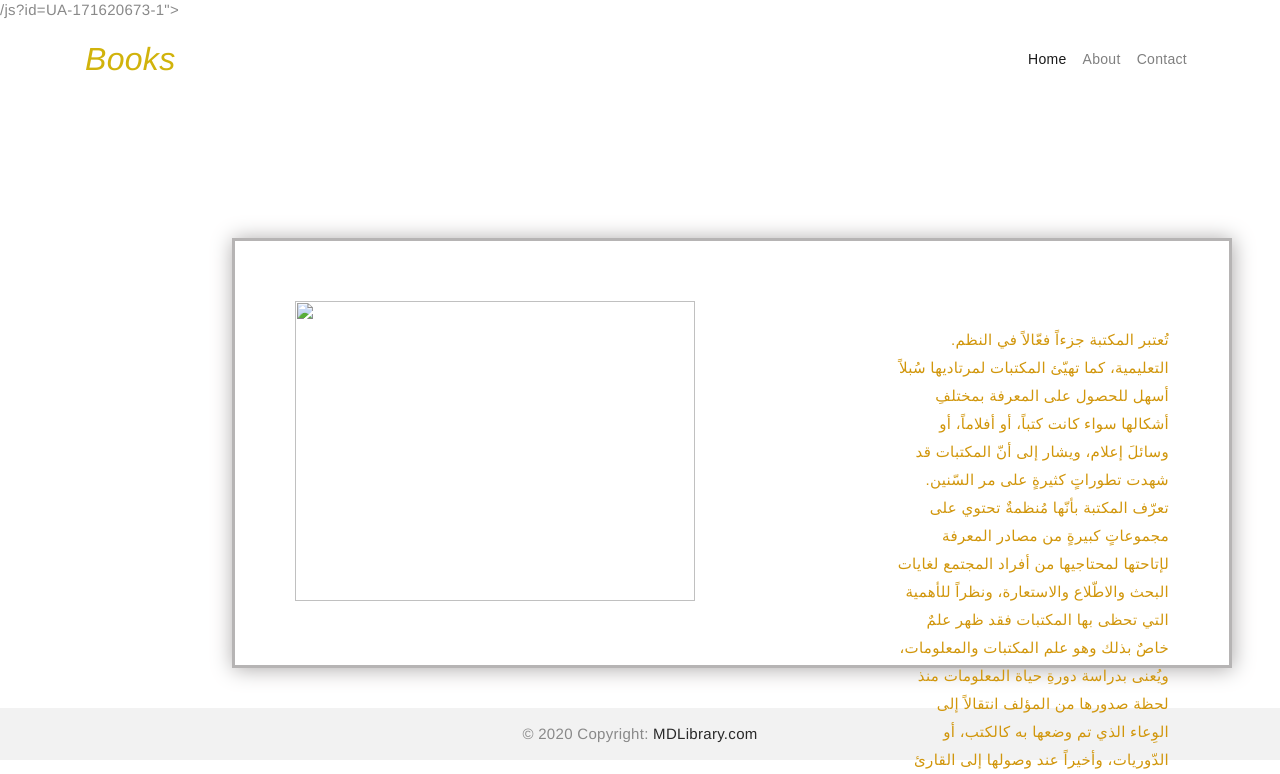
Repository: AlaaBashirSaijary/Library
Page: http://localhost/home
These files come from the project's save history. The page is drawn as it stood at one moment and after the next save; the edit follows.
The browser window is 1280 px wide. The pictures show the whole page.
Some web fonts or font styles are not loaded; a fallback is used. The page is served by the project's Laravel application, run on PHP 8.4 with Laravel 10.

Above is the page before, as saved 2024-01-04 15:10:05.

After the next save:
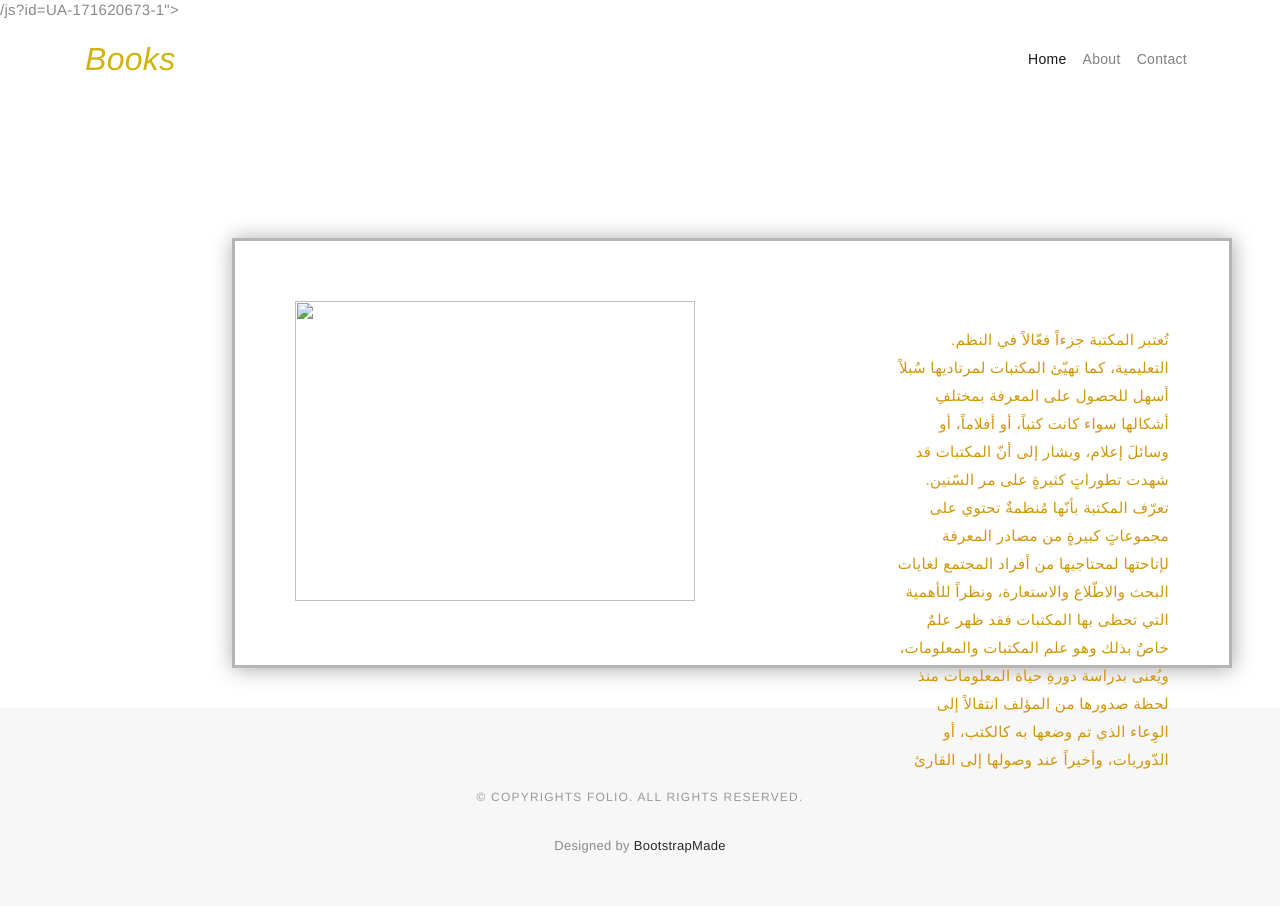
Saved 9 s later.
--- a/resources/views/master/footer.blade.php
+++ b/resources/views/master/footer.blade.php
@@ -1,6 +1,27 @@
-<footer>
-    <div class="text-center p-3" style="background-color: rgba(0, 0, 0, 0.05);">
-        © 2020 Copyright:
-        <a class="text-reset fw-bold" href="https://mdbootstrap.com/">MDLibrary.com</a>
+<div id="footer" class="text-center">
+    <div class="container">
+      <div class="socials-media text-center">
+
+        <ul class="list-unstyled">
+          <li><a href="#"><i class="bi bi-facebook"></i></a></li>
+          <li><a href="#"><i class="bi bi-twitter"></i></a></li>
+          <li><a href="#"><i class="bi bi-instagram"></i></a></li>
+          <li><a href="#"><i class="bi bi-linkedin"></i></a></li>
+        </ul>
+
       </div>
-</footer>
+
+      <p>&copy; Copyrights Folio. All rights reserved.</p>
+
+      <div class="credits">
+        <!--
+        All the links in the footer should remain intact.
+        You can delete the links only if you purchased the pro version.
+        Licensing information: https://bootstrapmade.com/license/
+        Purchase the pro version with working PHP/AJAX contact form: https://bootstrapmade.com/buy/?theme=Folio
+      -->
+        Designed by <a href="https://bootstrapmade.com/">BootstrapMade</a>
+      </div>
+
+    </div>
+  </div><!-- End Footer -->
